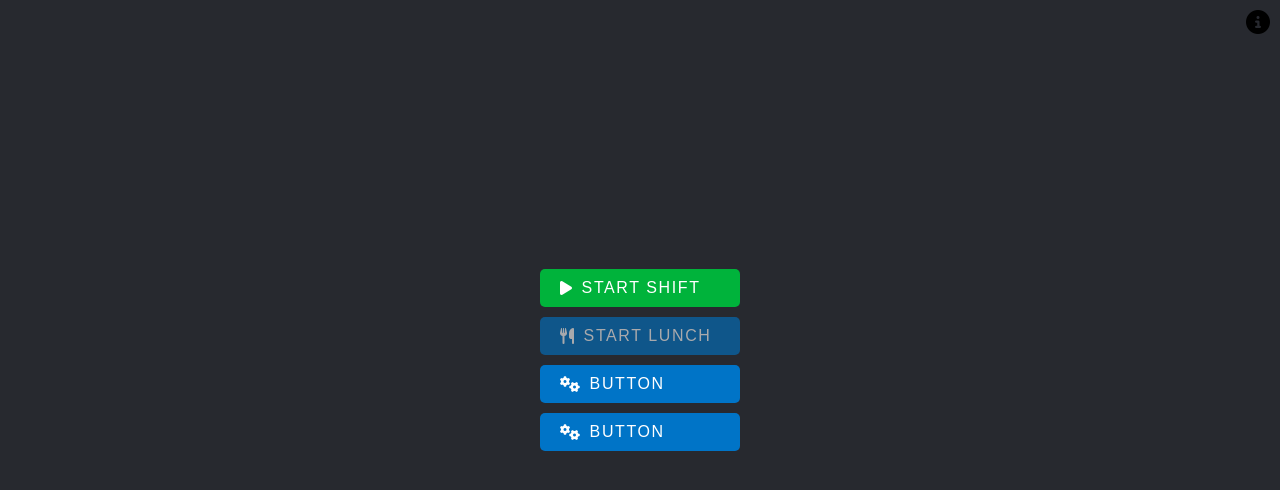
Repository: Philip-Rogers/button-state
Page: experiment.html
These files come from the project's save history. The page is drawn as it stood at one moment and after a run of saves; the edit follows.
The browser window is 1280 px wide. The pictures show the whole page.

Above is the page before, as saved 2024-08-14 17:54:11.

After the next 2 saves:
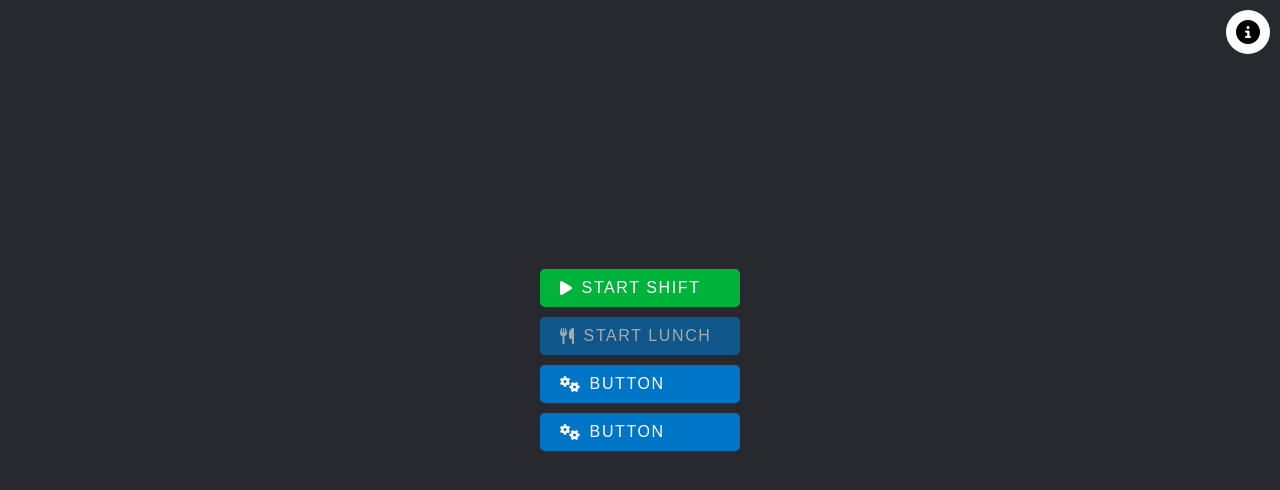
The 2 saves are shown as one change because they came seconds apart.
The last was saved 8 min 36 s later.
--- a/experiment.html
+++ b/experiment.html
@@ -17,22 +17,21 @@
             position: fixed;
             z-index: 1;
             left: 0;
-            top: 0;
+            top: 30%;
+            /* Positioned closer to the buttons */
             width: 100%;
-            height: 100%;
+            height: auto;
             overflow: auto;
-            background-color: rgb(0, 0, 0);
             background-color: rgba(0, 0, 0, 0.4);
             /* Black w/ opacity */
-            padding-top: 60px;
         }
 
         .modal-content {
             background-color: #fefefe;
-            margin: 5% auto;
+            margin: auto;
             padding: 20px;
             border: 1px solid #888;
-            width: 80%;
+            width: 60%;
         }
 
         .close {
@@ -48,6 +47,15 @@
             text-decoration: none;
             cursor: pointer;
         }
+
+        /* Info icon styling */
+        #infoIcon {
+            font-size: 24px;
+            cursor: pointer;
+            background-color: hsl(354, 70%, 100%);
+            padding: 10px;
+            border-radius: 50%;
+        }
     </style>
 </head>
 
@@ -55,7 +63,7 @@
 
     <!-- Info Icon to trigger modal -->
     <div style="position: fixed; top: 10px; right: 10px;">
-        <i class="fa fa-info-circle" id="infoIcon" style="font-size: 24px; cursor: pointer;"></i>
+        <i class="fa fa-info-circle" id="infoIcon"></i>
     </div>
 
     <!-- Modal -->
@@ -63,10 +71,14 @@
         <div class="modal-content">
             <span class="close">&times;</span>
             <h2>Button Information</h2>
-            <p><strong>Start Shift:</strong> Begins your shift and enables the Start Lunch button.</p>
-            <p><strong>Start Lunch:</strong> Begins your lunch break and disables the Start Shift button.</p>
-            <p><strong>Button 1:</strong> Placeholder button for future functionality.</p>
-            <p><strong>Button 2:</strong> Placeholder button for future functionality.</p>
+            <p><strong>Start Shift:</strong> Lorem ipsum dolor sit amet, consectetur adipiscing elit. Sed do eiusmod
+                tempor incididunt ut labore et dolore magna aliqua.</p>
+            <p><strong>Start Lunch:</strong> Lorem ipsum dolor sit amet, consectetur adipiscing elit. Sed do eiusmod
+                tempor incididunt ut labore et dolore magna aliqua.</p>
+            <p><strong>Button 1:</strong> Lorem ipsum dolor sit amet, consectetur adipiscing elit. Sed do eiusmod tempor
+                incididunt ut labore et dolore magna aliqua.</p>
+            <p><strong>Button 2:</strong> Lorem ipsum dolor sit amet, consectetur adipiscing elit. Sed do eiusmod tempor
+                incididunt ut labore et dolore magna aliqua.</p>
         </div>
     </div>
 

After the 3 saves that followed:
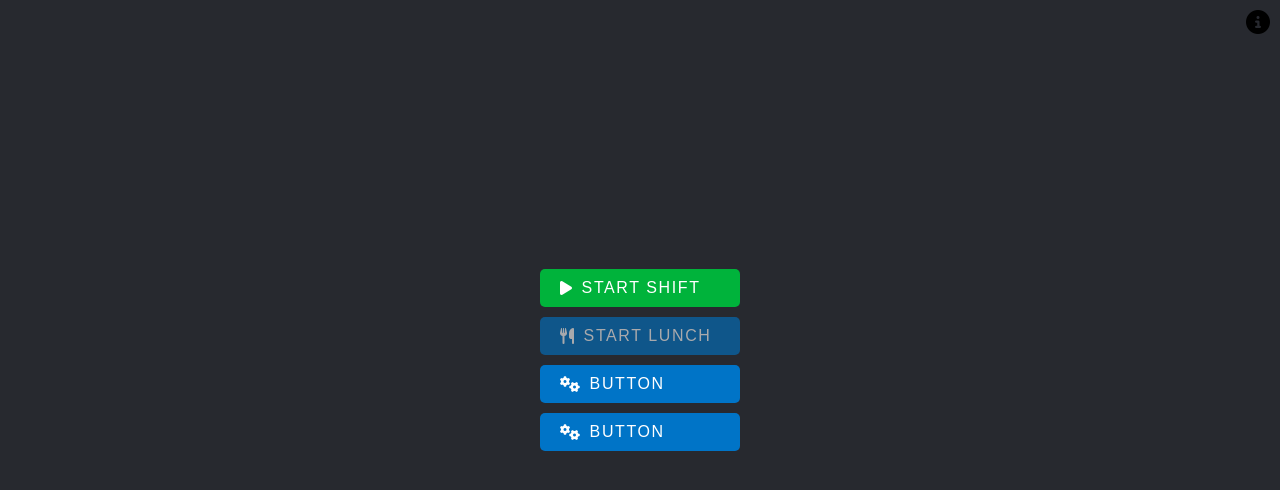
The 3 saves are shown as one change because they came seconds apart.
The last was saved 96 s later.
--- a/experiment.html
+++ b/experiment.html
@@ -17,21 +17,22 @@
             position: fixed;
             z-index: 1;
             left: 0;
-            top: 30%;
-            /* Positioned closer to the buttons */
+            top: 0;
             width: 100%;
-            height: auto;
+            height: 100%;
             overflow: auto;
+            background-color: rgb(0, 0, 0);
             background-color: rgba(0, 0, 0, 0.4);
             /* Black w/ opacity */
+            padding-top: 60px;
         }
 
         .modal-content {
             background-color: #fefefe;
-            margin: auto;
+            margin: 5% auto;
             padding: 20px;
             border: 1px solid #888;
-            width: 60%;
+            width: 80%;
         }
 
         .close {
@@ -47,15 +48,6 @@
             text-decoration: none;
             cursor: pointer;
         }
-
-        /* Info icon styling */
-        #infoIcon {
-            font-size: 24px;
-            cursor: pointer;
-            background-color: hsl(354, 70%, 100%);
-            padding: 10px;
-            border-radius: 50%;
-        }
     </style>
 </head>
 
@@ -63,7 +55,7 @@
 
     <!-- Info Icon to trigger modal -->
     <div style="position: fixed; top: 10px; right: 10px;">
-        <i class="fa fa-info-circle" id="infoIcon"></i>
+        <i class="fa fa-info-circle" id="infoIcon" style="font-size: 24px; cursor: pointer;"></i>
     </div>
 
     <!-- Modal -->
@@ -71,14 +63,10 @@
         <div class="modal-content">
             <span class="close">&times;</span>
             <h2>Button Information</h2>
-            <p><strong>Start Shift:</strong> Lorem ipsum dolor sit amet, consectetur adipiscing elit. Sed do eiusmod
-                tempor incididunt ut labore et dolore magna aliqua.</p>
-            <p><strong>Start Lunch:</strong> Lorem ipsum dolor sit amet, consectetur adipiscing elit. Sed do eiusmod
-                tempor incididunt ut labore et dolore magna aliqua.</p>
-            <p><strong>Button 1:</strong> Lorem ipsum dolor sit amet, consectetur adipiscing elit. Sed do eiusmod tempor
-                incididunt ut labore et dolore magna aliqua.</p>
-            <p><strong>Button 2:</strong> Lorem ipsum dolor sit amet, consectetur adipiscing elit. Sed do eiusmod tempor
-                incididunt ut labore et dolore magna aliqua.</p>
+            <p><strong>Start Shift:</strong> Begins your shift and enables the Start Lunch button.</p>
+            <p><strong>Start Lunch:</strong> Begins your lunch break and disables the Start Shift button.</p>
+            <p><strong>Button 1:</strong> Placeholder button for future functionality.</p>
+            <p><strong>Button 2:</strong> Placeholder button for future functionality.</p>
         </div>
     </div>
 
@@ -165,7 +153,7 @@
 
                 if (shiftState === 'stop') {
                     shiftButton.style.backgroundColor =
-                    'hsl(354, 70%, 44%)'; // Darkened red for Stop Shift when disabled
+                        'hsl(354, 70%, 44%)'; // Darkened red for Stop Shift when disabled
                     shiftButton.disabled = true; // Disable the Stop Shift button
                 }
 
